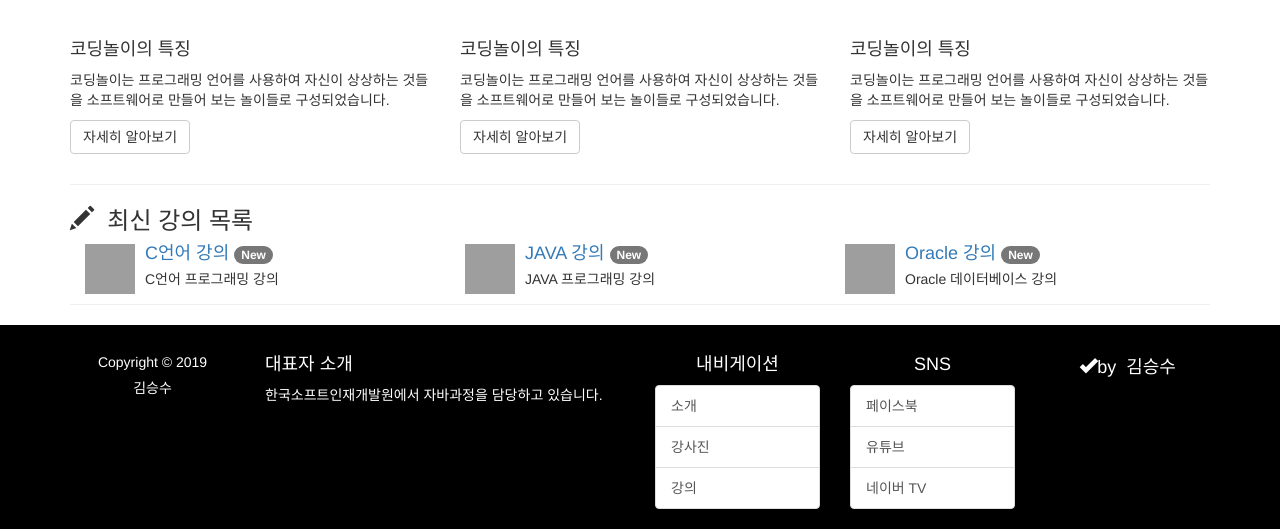
Repository: rightsecond3/java52
Page: http://localhost/dev_jsp/onLineTest/index2.jsp
An editor plug-in stored every save of this project. The page is shown before and after the next save, followed by the edit.
The browser window is 1280 px wide. The pictures show the part of the page from y = 285 to 814 px (the page is 814 px tall before and 720 px after).
Pictures or frames that could not be fetched are drawn as grey boxes. The page is served by Tomcat 9. Other server files are loaded and not shown.

Above is the page before, as saved 2019-07-22 08:06:13.

### workspace_jsp/dev_jsp/WebContent/onLineTest/index2.jsp
<%@ page language="java" contentType="text/html; charset=UTF-8"
	pageEncoding="UTF-8"%>
<!DOCTYPE html>
<head>
<title>Bootstrap Example</title>
<meta charset="utf-8">
<meta name="viewport" content="width=device-width, initial-scale=1">
<link rel="stylesheet"
	href="https://maxcdn.bootstrapcdn.com/bootstrap/3.4.0/css/bootstrap.min.css">
<script src="https://code.jquery.com/jquery-3.4.1.js"></script>
<script
	src="https://maxcdn.bootstrapcdn.com/bootstrap/3.4.0/js/bootstrap.min.js"></script>
<script>
    function loginModal(){
      $("#myModal").modal();
    }
    function loginAction(){

    }
    function logoutAction(){

    }
  </script>
</head>
<body>
	<style>
	.jumbotron {
		background-image: url('../../images/code6.jpeg');
		background-size: cover;
		text-shadow: black 0.2em 0.2em 0.2em;
		color: white;
	}
	</style>

	<div class="container">
		<div class="jumbotron">
			<h1 class="text-center">자바 52기</h1>
			<p class="text-center">자바 52기 수업노트 입니다.
			<p class="text-center">
				<a class="btn-primary btn-lg" href="lecture.html" role="button">강의
					들어 볼까?</a>
			</p>
		</div>
		<!-- =========================== 메인 이미지 다음 사이트 소개=====================-->
		<div class="row">
			<div class="col-sm-4">
				<h4>코딩놀이의 특징</h4>
				<p>코딩놀이는 프로그래밍 언어를 사용하여 자신이 상상하는 것들을 소프트웨어로 만들어 보는 놀이들로 구성되었습니다.</p>
				<p>
					<a class="btn btn-default" data-target="#modal" data-toggle="modal">자세히
						알아보기</a>
				</p>
			</div>
			<div class="col-sm-4">
				<h4>코딩놀이의 특징</h4>
				<p>코딩놀이는 프로그래밍 언어를 사용하여 자신이 상상하는 것들을 소프트웨어로 만들어 보는 놀이들로 구성되었습니다.</p>
				<p>
					<a class="btn btn-default" href="instructor.html">자세히 알아보기</a>
				</p>
			</div>
			<div class="col-sm-4">
				<h4>코딩놀이의 특징</h4>
				<p>코딩놀이는 프로그래밍 언어를 사용하여 자신이 상상하는 것들을 소프트웨어로 만들어 보는 놀이들로 구성되었습니다.</p>
				<p>
					<a class="btn btn-default" href="lecture.html">자세히 알아보기</a>
				</p>
			</div>
		</div>
		<hr>
		<!-- =========================== 메인 이미지 다음 사이트 소개=====================-->
		<div class="pannel pannel-primary">
			<div class="pannel-heading">
				<h3 class="pannel-title">
					<span class="glyphicon glyphicon-pencil"></span>&nbsp;&nbsp;최신 강의
					목록
				</h3>
			</div>
			<div class="pannel-body">
				<div class="col-sm-4">
					<div class="media-left">
						<a href="lecture.html?lectureName=C"><img
							src="../../images/c.jpeg" width="50px" height="50px" alt="c언어"></a>
					</div>
					<div class="media-body">
						<h4 class="media-heading">
							<a href="lecture.html?lectureName=C">C언어 강의</a>&nbsp;<span
								class="badge">New</span>
						</h4>
						C언어 프로그래밍 강의
					</div>
				</div>
				<div class="col-sm-4">
					<div class="media-left">
						<a href="lecture.html?lectureName=java"><img
							src="../../images/java.png" width="50px" height="50px" alt="c언어"></a>
					</div>
					<div class="media-body">
						<h4 class="media-heading">
							<a href="lecture.html?lectureName=C">JAVA 강의</a>&nbsp;<span
								class="badge">New</span>
						</h4>
						JAVA 프로그래밍 강의
					</div>
				</div>
				<div class="col-sm-4">
					<div class="media-left">
						<a href="lecture.html?lectureName=oracle"><img
							src="../../images/oracle.png" width="50px" height="50px"
							alt="c언어"></a>
					</div>
					<div class="media-body">
						<h4 class="media-heading">
							<a href="lecture.html?lectureName=oracle">Oracle 강의</a>&nbsp;<span
								class="badge">New</span>
						</h4>
						Oracle 데이터베이스 강의
					</div>
				</div>
				<br> <br>
				<hr>
			</div>
		</div>
	</div>
	<footer style="background-color: #000000; color: #ffffff;">
		<div class="container">
			<br>
			<div class="row">
				<!-- 12개 범위에서 맞추어 준다. -->
				<div class="col-sm-2" style="text-align: center;">
					<h5>Copyright &copy; 2019</h5>
					<h5>김승수</h5>
				</div>
				<div class="col-sm-4">
					<h4>대표자 소개</h4>
					<p>한국소프트인재개발원에서 자바과정을 담당하고 있습니다.</p>
				</div>
				<div class="col-sm-2">
					<h4 style="text-align: center;">내비게이션</h4>
					<div class="list-group">
						<a href="#" class="list-group-item">소개</a> <a href="#"
							class="list-group-item">강사진</a> <a href="#"
							class="list-group-item">강의</a>
					</div>
				</div>
				<div class="col-sm-2">
					<h4 style="text-align: center;">SNS</h4>
					<div class="list-group">
						<a href="#" class="list-group-item">페이스북</a> <a href="#"
							class="list-group-item">유튜브</a> <a href="#"
							class="list-group-item">네이버 TV</a>
					</div>
				</div>
				<div class="col-sm-2">
					<h4 style="text-align: center;">
						<span class="glyphicon glyphicon-ok"></span>by &nbsp;김승수
					</h4>
				</div>
			</div>
		</div>
	</footer>
	</div>
</body>
</html>

After the next save:
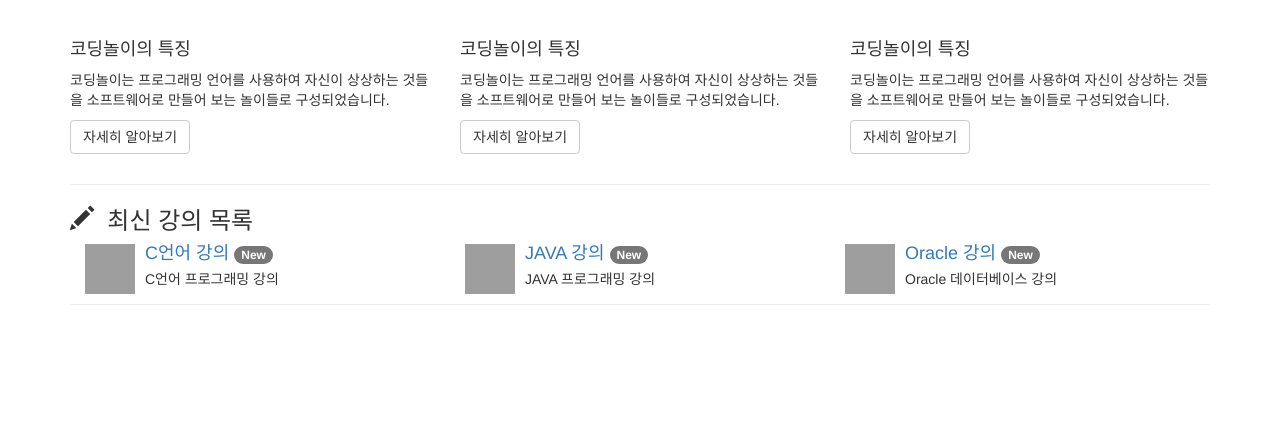
Saved 42 s later.
--- a/workspace_jsp/dev_jsp/WebContent/onLineTest/index2.jsp
+++ b/workspace_jsp/dev_jsp/WebContent/onLineTest/index2.jsp
@@ -121,43 +121,6 @@
 			</div>
 		</div>
 	</div>
-	<footer style="background-color: #000000; color: #ffffff;">
-		<div class="container">
-			<br>
-			<div class="row">
-				<!-- 12개 범위에서 맞추어 준다. -->
-				<div class="col-sm-2" style="text-align: center;">
-					<h5>Copyright &copy; 2019</h5>
-					<h5>김승수</h5>
-				</div>
-				<div class="col-sm-4">
-					<h4>대표자 소개</h4>
-					<p>한국소프트인재개발원에서 자바과정을 담당하고 있습니다.</p>
-				</div>
-				<div class="col-sm-2">
-					<h4 style="text-align: center;">내비게이션</h4>
-					<div class="list-group">
-						<a href="#" class="list-group-item">소개</a> <a href="#"
-							class="list-group-item">강사진</a> <a href="#"
-							class="list-group-item">강의</a>
-					</div>
-				</div>
-				<div class="col-sm-2">
-					<h4 style="text-align: center;">SNS</h4>
-					<div class="list-group">
-						<a href="#" class="list-group-item">페이스북</a> <a href="#"
-							class="list-group-item">유튜브</a> <a href="#"
-							class="list-group-item">네이버 TV</a>
-					</div>
-				</div>
-				<div class="col-sm-2">
-					<h4 style="text-align: center;">
-						<span class="glyphicon glyphicon-ok"></span>by &nbsp;김승수
-					</h4>
-				</div>
-			</div>
-		</div>
-	</footer>
-	</div>
+
 </body>
 </html>
